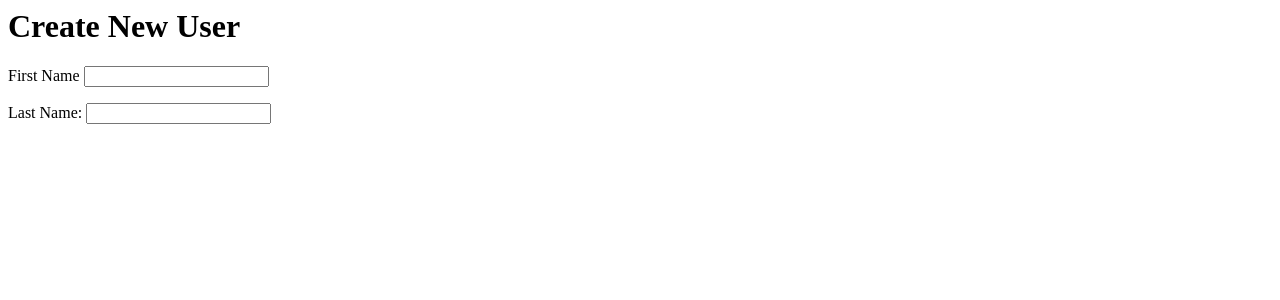
Repository: sax1johno/CIS-67_web_development_node
Page: http://localhost/createUserForm
The author's editor kept a record of every edit. The page is drawn from the files as they stood at one moment, then again after the next edit.
The browser window is 1280 px wide. The pictures show the whole page.
The page is served by the project's Node server (Lecture 4.29/simple/app.js). Other server files are loaded and not shown.

Above is the page before.

### Lecture 4.29/simple/views/createUser.ejs
<html>
    <head>

    </head>
    <body>
        <h1>Create New User</h1>
        <form action="/createUser" method="GET">
        <p>
            <label for="firstName">First Name</label>
            <input type="text" />
        </p>
        <p>
            <label for="lastName">Last Name:</label>
            <input type="text" />
        </p>
    </body>
</html>

### Lecture 4.29/simple/app.js
var express = require('express'),
    mongoose = require('mongoose'),
    app = express(),
    config = require('./config'),
    Schema = mongoose.Schema;

// 1) Connect to mongo database
mongoose.connect(config.database.url);

// 2) Define our schema
var UserSchema = new Schema({
    "firstName": String,
    "lastName": String
});

// 3) Create a data model from the schema
var UserModel = mongoose.model("User", UserSchema);

// From now on, we're using the data model

// Create an instance of the UserModel
// var User = new UserModel();

// Modify that object.
// User.firstName = "John";
// User.lastName = "O'Connor";

// // It now has a "save" method to save it to the database.
// User.save();

app.get('/', function(req, res) {
    UserModel.find(
        {}, // What properties does the result have?
        function(err, Users) { // executed after the find is complete
            if (err) {
                res.send(err);
            } else {
                res.render('index.ejs', {
                    Users: Users
                });
            }
        }
    );
});

app.get('/createUserForm', function(req, res) {
    res.render("createUser.ejs", {});
});

app.get('/createUser', function(req, res) {
    var firstName = req.param('firstName'),
        lastName = req.param('lastName');

        if (firstName && lastName) {
            var newUser = new UserModel();
            newUser.firstName = firstName;
            newUser.lastName = lastName;
            newUser.save(
                function(err) {
                    if (!err) {
                        res.redirect('/');
                    } else {
                        console.error("Wasn't able to save: ", err);
                        res.redirect('/');
                    }
                }
            );
        }
});
//console.log("User should be saved now");

app.listen(process.env.PORT);

After the next edit:
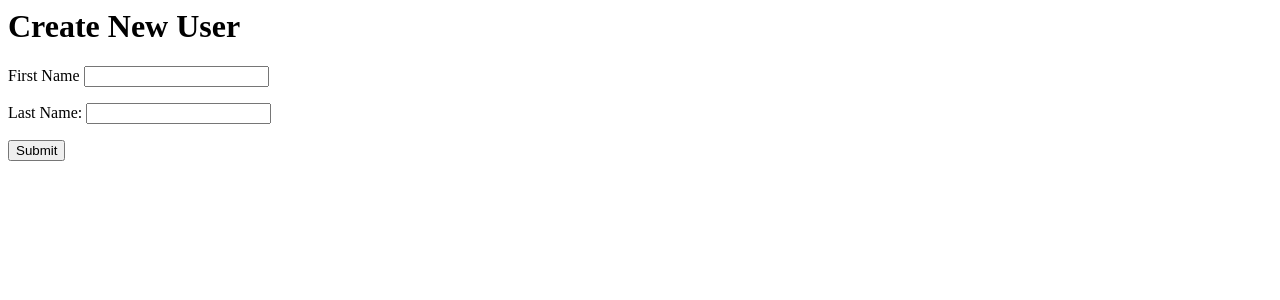
The edit:
--- a/Lecture 4.29/simple/views/createUser.ejs
+++ b/Lecture 4.29/simple/views/createUser.ejs
@@ -13,5 +13,7 @@
             <label for="lastName">Last Name:</label>
             <input type="text" />
         </p>
+        <input type="submit" />
+    </form>
     </body>
 </html>
